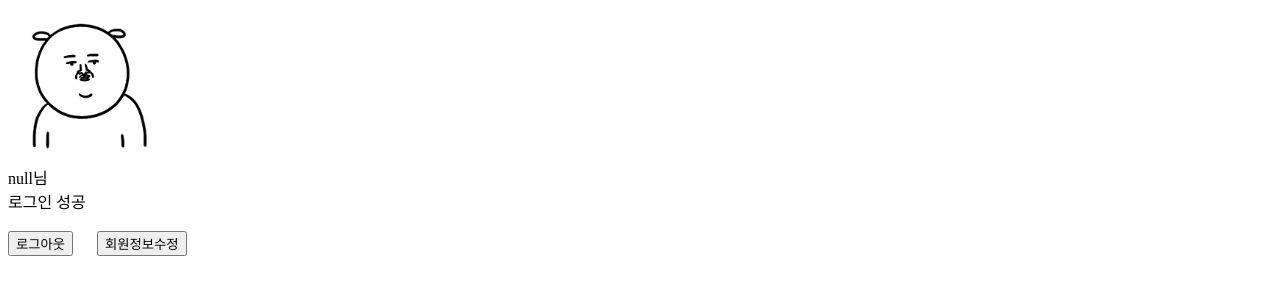
Repository: dahye1013/java-basic-learning
Page: http://localhost/memberJSP/member/loginOk.jsp
The author's editor kept a copy of each file at every save. The page is drawn from the files as they stood at one save, then again after the next save.
The browser window is 1280 px wide. The pictures show the whole page.
The page is served by Tomcat 9. Other server files are loaded and not shown.

Above is the page before, as saved 2020-06-09 05:42:01.

### memberJSP/WebContent/member/loginOk.jsp
<%@ page language="java" contentType="text/html; charset=EUC-KR"
    pageEncoding="EUC-KR"%>
<%
String name = request.getParameter("name");
String id = request.getParameter("id");
%>
<!DOCTYPE html>
<html>
<head>
<meta charset="EUC-KR">
<title>Insert title here</title>
</head>
<body>
<img src="../image/dd.PNG" onclick="javascrpit:location.href='../main/index.jsp'"">

<br>
 <%= name %>님<br>
로그인 성공<br><br>
	<input type="reset" value="로그아웃"> &emsp;
	<input type="submit" value="회원정보수정" onclick=javascrpit:location.href='modifyForm.jsp?id=<%=id %>'>
</body>
</html>

After the next save:
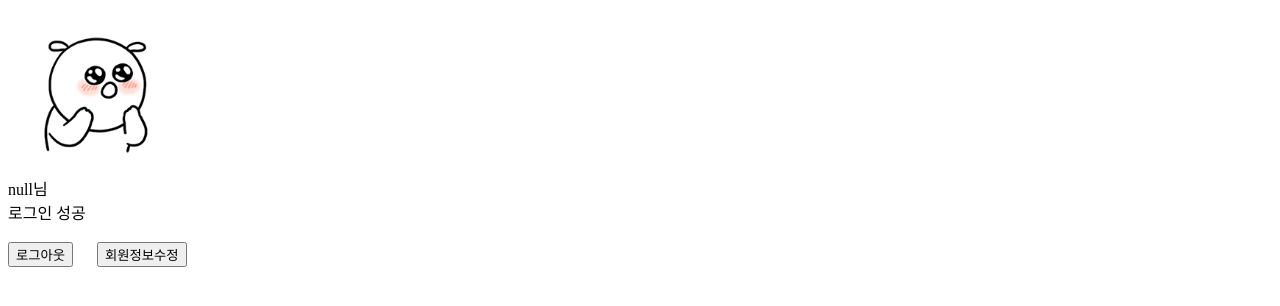
Saved 12 s later.
--- a/memberJSP/WebContent/member/loginOk.jsp
+++ b/memberJSP/WebContent/member/loginOk.jsp
@@ -11,7 +11,7 @@ String id = request.getParameter("id");
 <title>Insert title here</title>
 </head>
 <body>
-<img src="../image/dd.PNG" onclick="javascrpit:location.href='../main/index.jsp'"">
+<img src="../image/ee.PNG" onclick="javascrpit:location.href='../main/index.jsp'"">
 
 <br>
  <%= name %>님<br>
